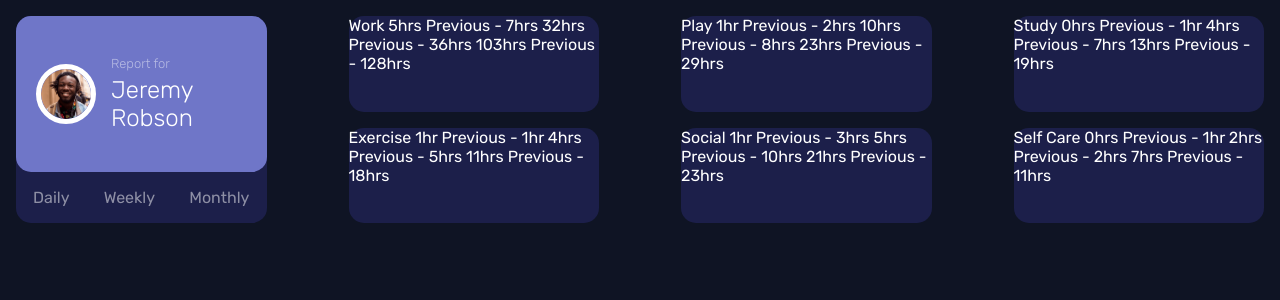
Repository: 3mr-5aled/time-tracking-dashboard-Junior
Page: index.html
The author's editor kept a copy of each file at every save. The page is drawn from the files as they stood at one save, then again after the next save.
The browser window is 1280 px wide. The pictures show the whole page.

Above is the page before, as saved 2022-12-27 18:24:31.

After the next save:
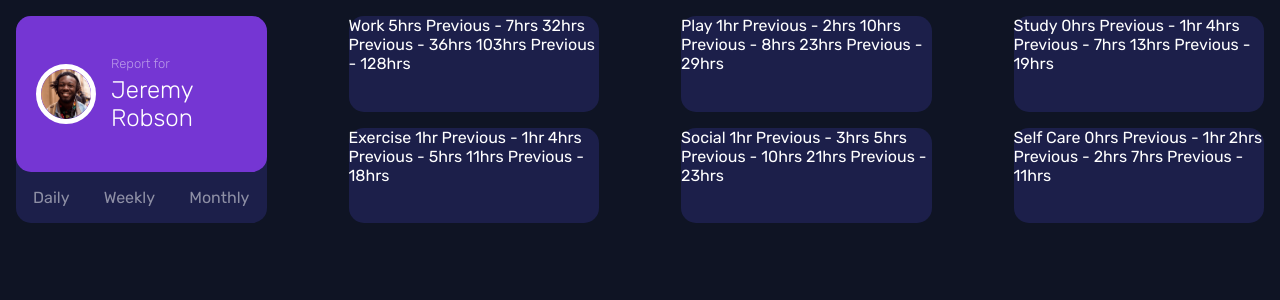
Saved 68 s later.
--- a/style.css
+++ b/style.css
@@ -69,7 +69,7 @@
   display: flex;
   flex-direction: row;
   align-items: center;
-  background: var(--desaturated-blue);
+  background: var(--violet);
   border-radius: 15px;
   padding: 20px;
 }

After the save that followed:
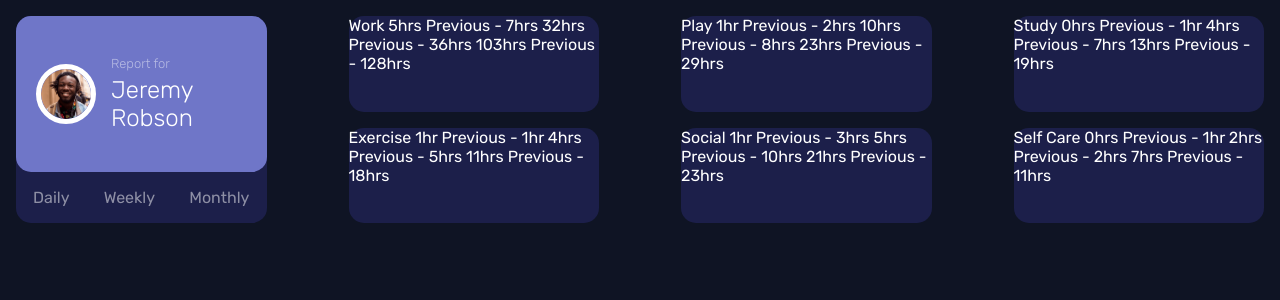
Saved 7 s later.
--- a/style.css
+++ b/style.css
@@ -69,7 +69,7 @@
   display: flex;
   flex-direction: row;
   align-items: center;
-  background: var(--violet);
+  background: var(--desaturated-blue);
   border-radius: 15px;
   padding: 20px;
 }
